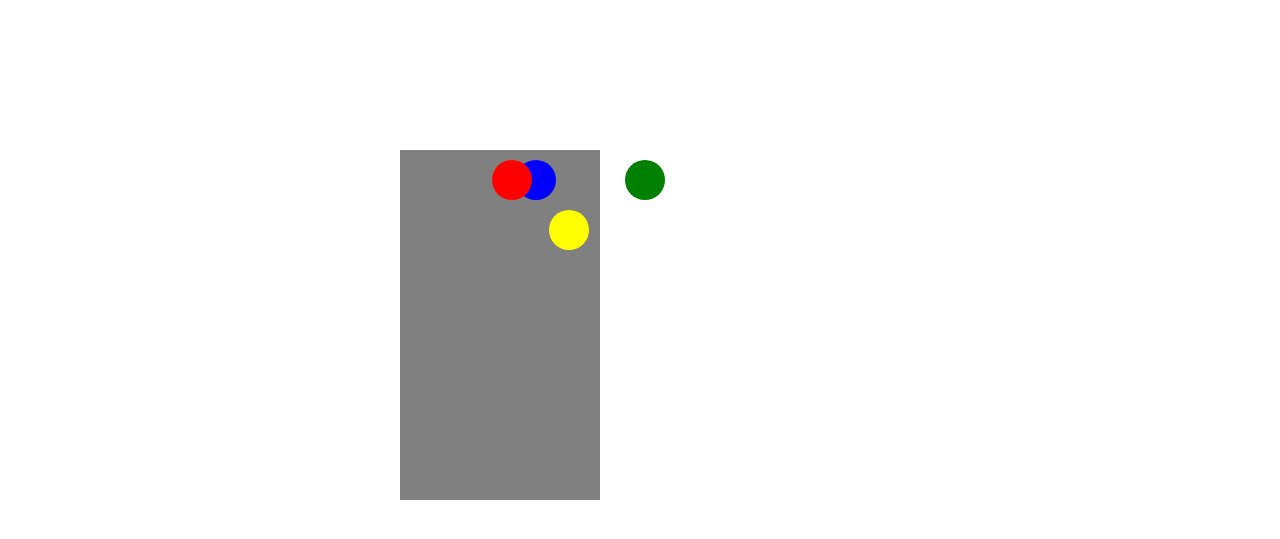
Repository: Code-Institute-Submissions/The-Simon-Game
Page: index.html
The author's editor kept a record of every edit. The page is drawn from the files as they stood at one moment, then again after the next edit.
The browser window is 1280 px wide. The pictures show the whole page.

Above is the page before.

After the next edit:
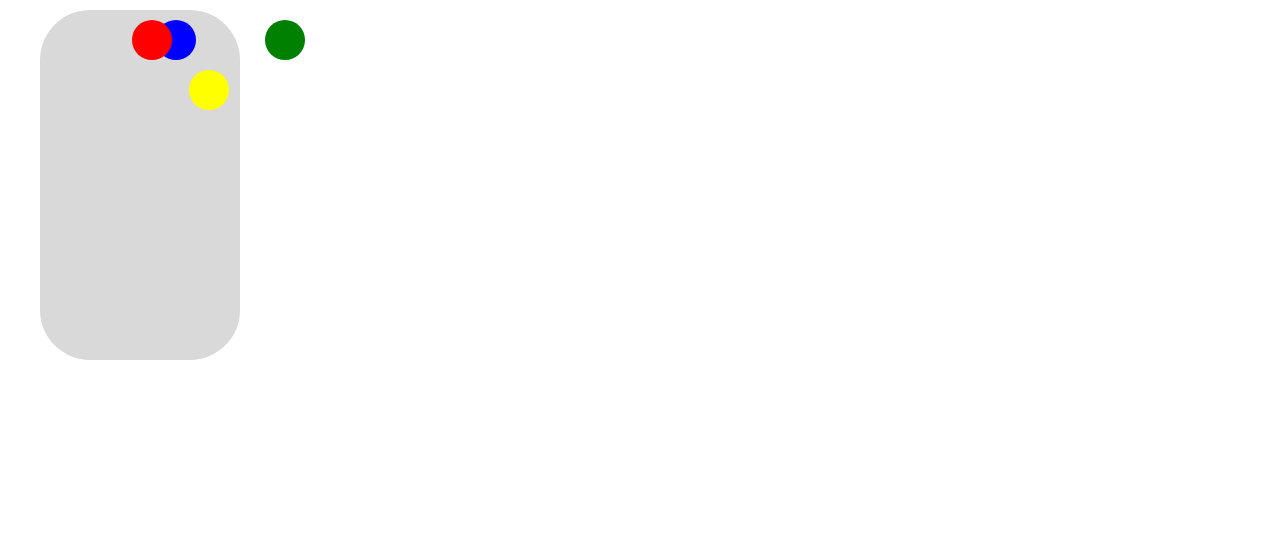
The edit:
--- a/css/style.css
+++ b/css/style.css
@@ -1,9 +1,10 @@
 .panel {
     height: 350px;
     width: 200px;
-    margin: 150px;
-    margin-left: 400px;
-    background-color: grey;
+    margin: 10px;
+    margin-left: 40px;
+    border-radius: 50px;
+    background-color: #d9d9d9;
 }
 
 .yellow {
